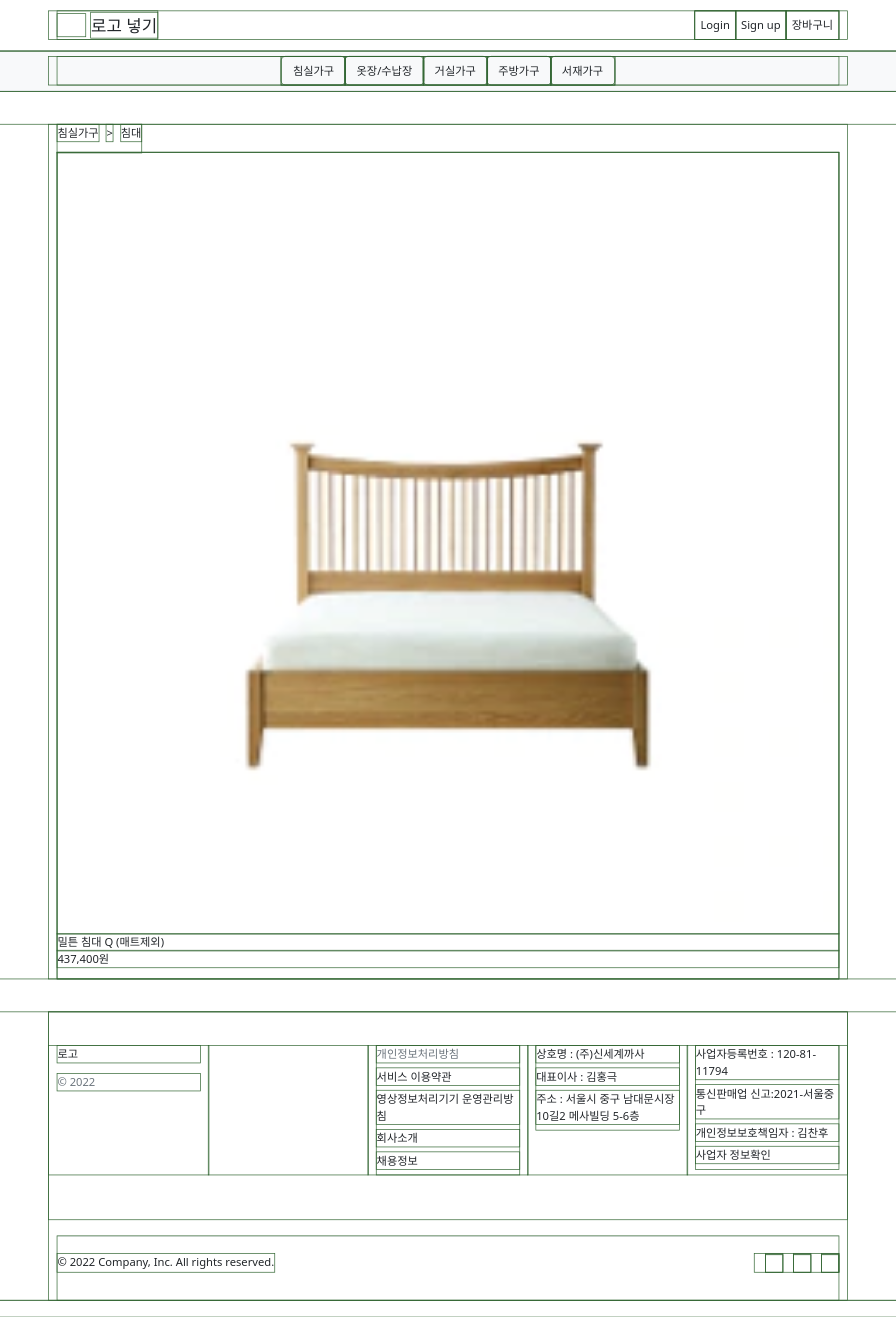
Repository: raoniee/Elice-House-Project
Page: FE/views/pages/main/item-list-page.html
An editor plug-in stored every save of this project. The page is shown before and after the next save, followed by the edit.
The browser window is 1280 px wide. The pictures show the whole page, at 70% of full size.

Above is the page before, as saved 2023-07-06 13:49:03.

After the next save:
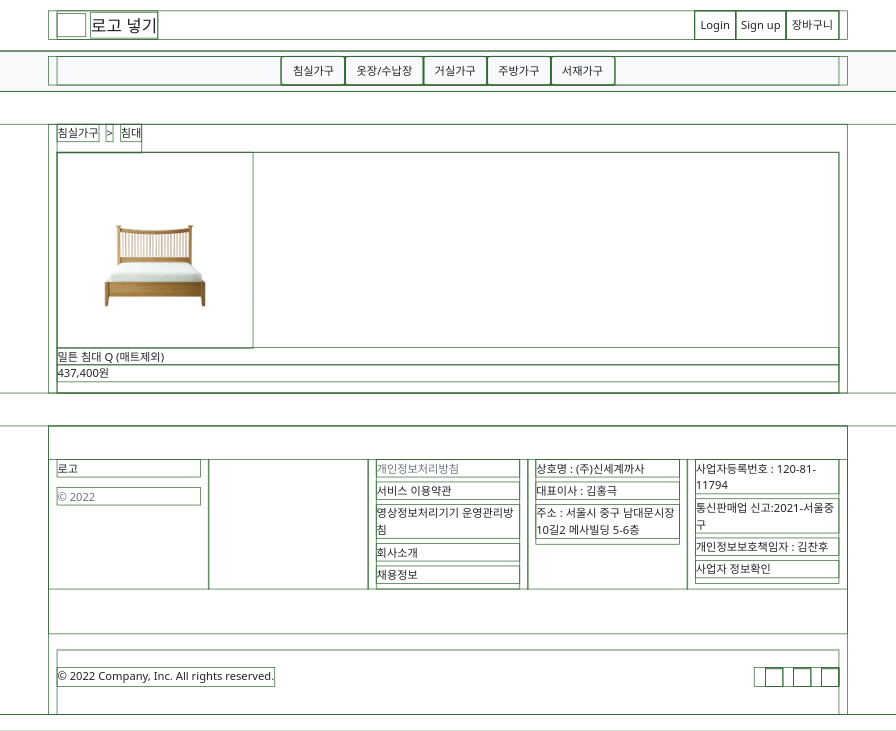
Saved 39 s later.
--- a/FE/views/pages/main/item-list-page.html
+++ b/FE/views/pages/main/item-list-page.html
@@ -47,7 +47,11 @@
 
         <div class="item_list">
           <div class="item_list_card d-flex flex-column">
-            <img src="../../../public/assets/imgs/item-list-card.webp" alt="" />
+            <img
+              class="w-25"
+              src="../../../public/assets/imgs/item-list-card.webp"
+              alt=""
+            />
             <span class="item_list_name">밀튼 침대 Q (매트제외)</span>
             <p class="item_list_price">437,400원</p>
           </div>
